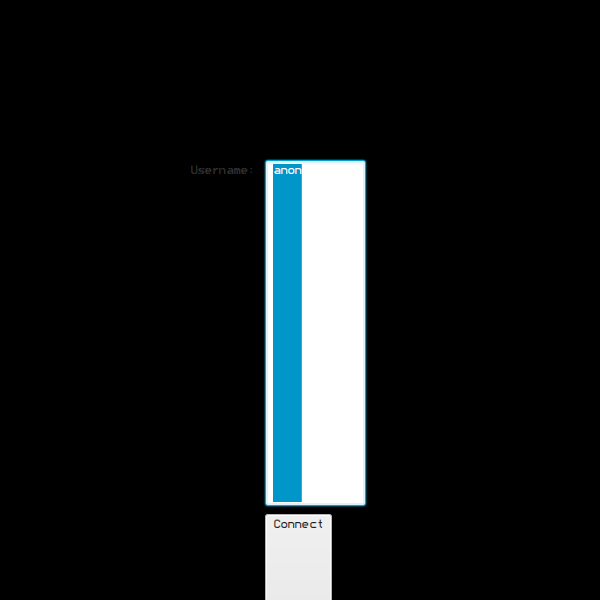
Repository: silic4-ivey/River
Program's window: java RiverClient/src/Main.java
These files come from the project's save history. The program's window is drawn as it stood at one moment and after the next save; the edit follows.
It runs on Java 21 on a 1366 x 768 screen with JavaFX 11; the title bar is not drawn. It also reads RiverClient/resources/fonts/Modeseven-L3n5.ttf.

Above is the program's window before, as saved 2021-08-16 18:40:43.

### RiverClient/src/Main.java
import javafx.application.Application;
import javafx.event.ActionEvent;
import javafx.event.EventHandler;
import javafx.scene.Scene;
import javafx.scene.control.Button;
import javafx.scene.layout.StackPane;
import javafx.stage.Stage;
public class Main extends Application{

	private MainUI mainUI;

	public static void main(String args[]) {
		launch (args);
	}

	@Override
	public void start(Stage primaryStage) throws Exception{

		mainUI = new MainUI(primaryStage);

	}
}

### RiverClient/src/MainUI.java
import javafx.geometry.Pos;
import java.io.FileInputStream;
import java.io.FileNotFoundException;
import java.io.File;
import javafx.scene.Scene;
import javafx.scene.control.Button;
import javafx.scene.layout.StackPane;
import javafx.scene.layout.VBox;
import javafx.scene.paint.Color;
import javafx.stage.Stage;
import javafx.scene.control.TextField;
import java.util.Random;
import javafx.scene.layout.GridPane;
import javafx.scene.control.Label;
import javafx.scene.text.Font;
import javafx.scene.text.Text;
import javafx.scene.control.ScrollPane;

public class MainUI {

	private RiverClient rc;
	private String userName = "anon";
	private int size = 600;
	private Stage window;
	private Text textBox = new Text();
	private final String modeSeven = "Modeseven-L3n5.ttf";
	private final String fontPath = "./resources/fonts/";

	public MainUI(Stage primaryStage) throws Exception{
		window = primaryStage;

		Label userLbl = new Label("Username:");
		TextField text = new TextField("anon");


		Button connectButton = new Button("Connect");
		connectButton.setOnAction(e ->startConnection(text.getText()));   ///////////////////////////////

		//VBox layout1 = new VBox();
		//layout1.getChildren().addAll(userLbl,text,connectButton);

		try {
			Font terminalFont = Font.loadFont(new FileInputStream(new File(fontPath + modeSeven)),12);

			text.setFont(terminalFont);
			userLbl.setFont(terminalFont);
			connectButton.setFont(terminalFont);


		}catch(FileNotFoundException e) {
			e.printStackTrace();
		}

		text.setStyle("-fx-text-inner-color: #39ff14");
		userLbl.setStyle("-fx-text-inner-color: #39ff14");
		connectButton.setStyle("-fx-text-inner-color: #39ff14");

		GridPane layout1 = new GridPane();

		layout1.setVgap(8);
		layout1.setHgap(10);

		/*layout1.add(userLbl, size/2 -1, size/2);
		layout1.add(text, size/2, size/2);
		layout1.add(connectButton, size/2, size/2 -1);*/

		GridPane.setConstraints(userLbl, 19, 20);
		GridPane.setConstraints(text, 20, 20);
		GridPane.setConstraints(connectButton, 20, 21);

		layout1.getChildren().addAll(userLbl,text,connectButton);

		layout1.setGridLinesVisible(false);
		layout1.setStyle("-fx-background-color: #000000");

		Scene scene1 = new Scene(layout1, size, size, Color.BLACK);
		//scene1.setFill(Color.BLACK);

		window.setScene(scene1);
		window.setTitle("The River");
		window.show();

		/*RiverClient cs = RiverClient.getInstance();
		cs.writeTo();
		cs.closeAccess();*/
	}

	public void startConnection(String userName) {
		initializeClient();  ///////////////////////////////////////////////////
		setUser(userName);
		switchStage();
	}

	public void initializeClient() {
		rc = RiverClient.getInstance();
	}

	public void setUser(String userName) {
		this.userName = userName;
	}

	public void switchStage() {

		ServerReader sr = new ServerReader(rc, this);

		Label userLbl = new Label(userName + ": ");
		TextField text = new TextField("Type Here");

		Button sendButton = new Button("Send");
		sendButton.setOnAction(e -> rc.writeTo(text.getText(), userName));   /////////////////////////////// create a logoff button

		Button logoffButton = new Button("Logoff");
		logoffButton.setOnAction(e -> rc.closeAccess());   /////////////////////////////// create a logoff button

		//Text textBox = new Text();


		GridPane layout1 = new GridPane();

		layout1.setVgap(8);
		layout1.setHgap(10);

		GridPane.setConstraints(userLbl, 19, 2);
		GridPane.setConstraints(text, 20, 2);
		GridPane.setConstraints(sendButton, 21, 2);
		GridPane.setConstraints(logoffButton, 22, 2);
		GridPane.setConstraints(textBox,20,0);


		layout1.getChildren().addAll(userLbl,text,sendButton, textBox, logoffButton);

		ScrollPane scrollPane = new ScrollPane();
		scrollPane.setPrefSize(1, 1);
		scrollPane.setContent(textBox);
		scrollPane.setVbarPolicy(ScrollPane.ScrollBarPolicy.ALWAYS);
		scrollPane.setHbarPolicy(ScrollPane.ScrollBarPolicy.ALWAYS);

		layout1.setGridLinesVisible(false); ////////// delete after
		Scene scene2 = new Scene(layout1, size, size);
		scene2.setFill(Color.BLACK);



		sr.start();  /////////////////////////////////

		window.setScene(scene2);
		window.setTitle("The River");
		window.show();

	}


	public void updateText(String s) {

		textBox.setText(textBox.getText() + "\n" + s);


	}



}

After the next save:
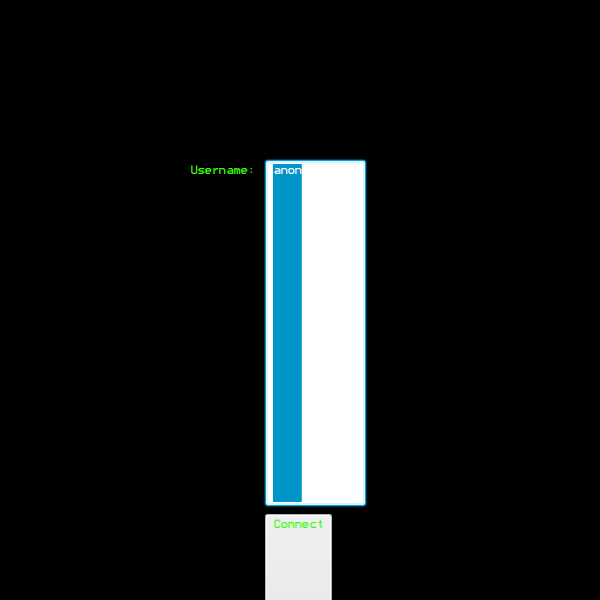
Saved 2 min 38 s later.
--- a/RiverClient/src/MainUI.java
+++ b/RiverClient/src/MainUI.java
@@ -52,8 +52,8 @@
 		}
 
 		text.setStyle("-fx-text-inner-color: #39ff14");
-		userLbl.setStyle("-fx-text-inner-color: #39ff14");
-		connectButton.setStyle("-fx-text-inner-color: #39ff14");
+		userLbl.setTextFill(Color.web("#39ff14"));
+		connectButton.setTextFill(Color.web("#39ff14"));
 
 		GridPane layout1 = new GridPane();
 
